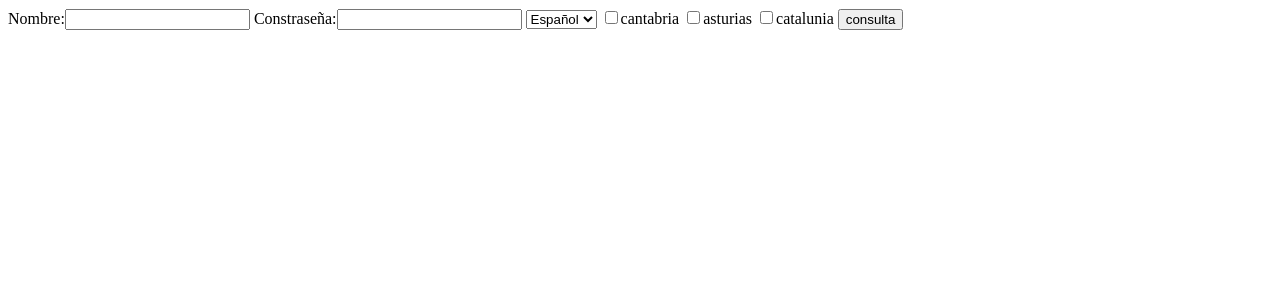
Repository: alvaroteja/ServidorJava
Page: 08_CreaYRecuperaCookie/src/main/webapp/formulario.html
These files come from the project's save history. The page is drawn as it stood at one moment and after the next save; the edit follows.
The browser window is 1280 px wide. The pictures show the whole page.

Above is the page before, as saved 2023-01-18 12:03:31.

### 08_CreaYRecuperaCookie/src/main/webapp/formulario.html
<!DOCTYPE html>
<html>
<head>
<meta charset="ISO-8859-1">
<title>Insert title here</title>
</head>
<body>
	<form action="RecepcionFormulario" method="post">
		Nombre:<input type="text" name="nombre"> Constraseña:<input
			type="password" name="pass"> <select name="idioma">
			<option value="espanol">Español</option>
			<option value="inglesb">Ingles</option>
			<option value="frances">Frances</option>
		</select> <input type="checkbox" name="loc" value="cantabria">cantabria
		<input type="checkbox" name="loc" value="asturias">asturias <input
			type="checkbox" name="loc" value="catalunia">catalunia <input
			name="saludo" type="hidden" value="hola"> <input
			type="submit" value="consulta">
	</form>
</body>
</html>

After the next save:
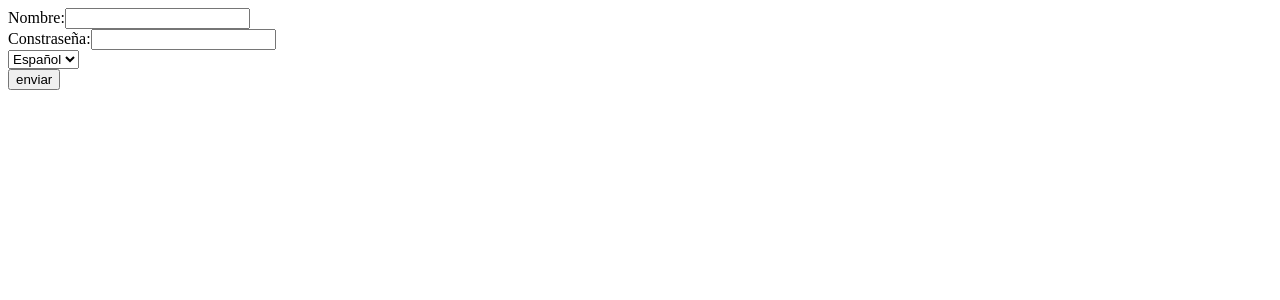
Saved 77 s later.
--- a/08_CreaYRecuperaCookie/src/main/webapp/formulario.html
+++ b/08_CreaYRecuperaCookie/src/main/webapp/formulario.html
@@ -6,16 +6,13 @@
 </head>
 <body>
 	<form action="RecepcionFormulario" method="post">
-		Nombre:<input type="text" name="nombre"> Constraseña:<input
-			type="password" name="pass"> <select name="idioma">
+		Nombre:<input type="text" name="nombre"> <br>Constraseña:<input
+			type="password" name="pass"> <br>
+		<select name="idioma">
 			<option value="espanol">Español</option>
 			<option value="inglesb">Ingles</option>
 			<option value="frances">Frances</option>
-		</select> <input type="checkbox" name="loc" value="cantabria">cantabria
-		<input type="checkbox" name="loc" value="asturias">asturias <input
-			type="checkbox" name="loc" value="catalunia">catalunia <input
-			name="saludo" type="hidden" value="hola"> <input
-			type="submit" value="consulta">
+		</select><br> <input type="submit" value="enviar">
 	</form>
 </body>
 </html>
